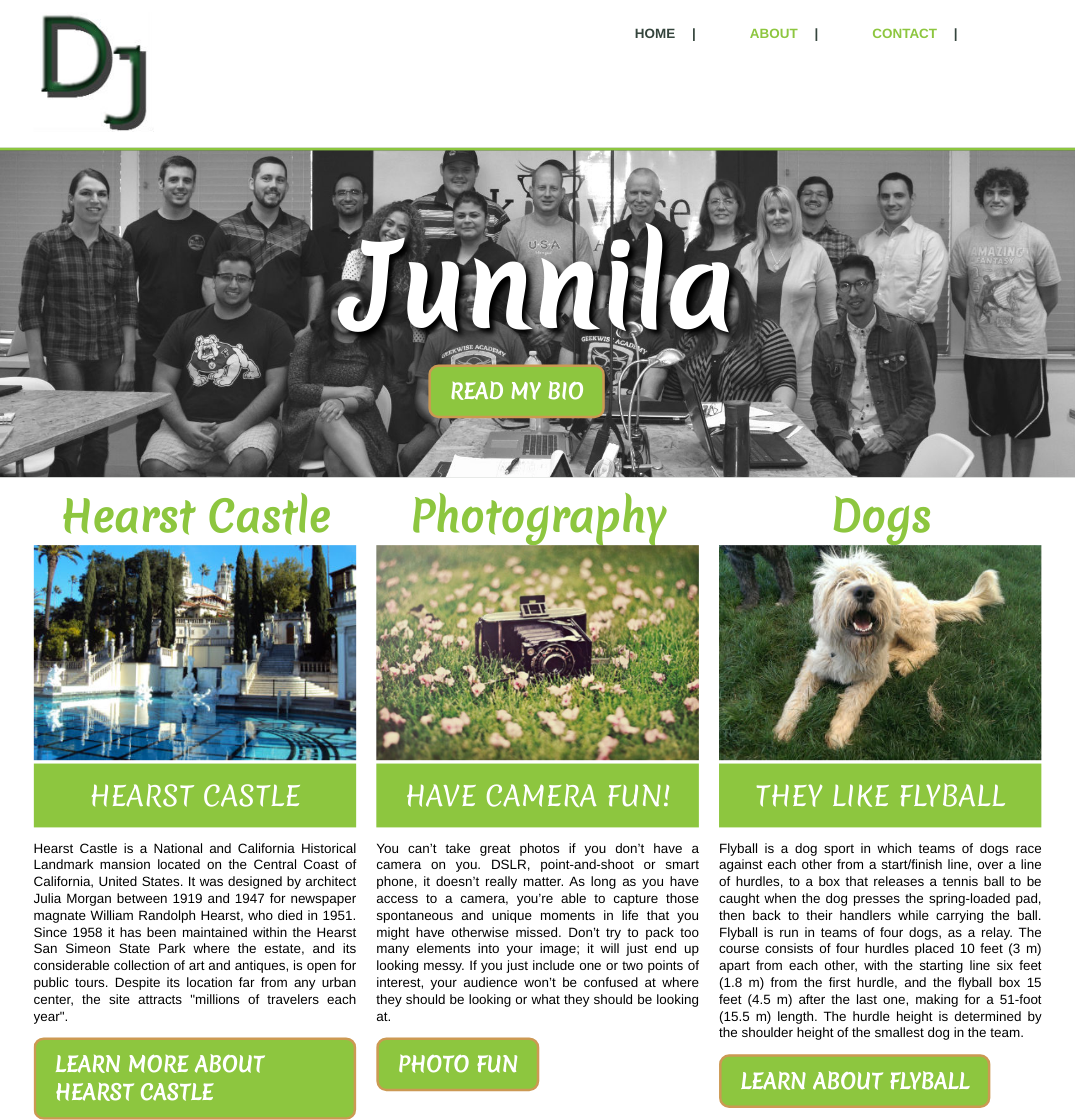
Repository: denajunnila/denaj
Page: index.html
The author's editor kept a record of every edit. The page is drawn from the files as they stood at one moment, then again after the next edit.
The browser window is 1280 px wide. The pictures show the part of the page from y = 0 to 1333 px (the page is 1899 px tall), at 84% of full size.
A picture or video elsewhere on the page could not be fetched, so the positions and the page height are approximate.

Above is the page before.

### index.html
<!DOCTYPE html>

<html>
    <!--WE DONT SEE ANYTHING THAT IS IN THE HEAD TAG-->
    <head>
        <title>Dena Junnila</title>

        <meta http-equiv="content-type" content="text/html; charset=UTF-8"/>
        <meta name="description" content="Welcome to the home of Dena Junnila page in Fresno CA." />
        <meta name="keywords" content="dena, junnila, fresno, dena junnila" />
        <link href='https://fonts.googleapis.com/css?family=Merriweather|Merienda' rel='stylesheet' type='text/css'>


        <link rel="stylesheet" href="css/styles.css" type="text/css" />
        <link rel="stylesheet" href="css/font-awesome.css" type="text/css" />


    </head>
    <body>
        <header>
            <div class="mainBody" id="header">
                <figure>
                    <img src="images/logo.jpg" alt="Dena Junnila" /> <!-- insert logo-->

                    <!--<h1><a href ="index.html" title="" id="logo">Dena Junnila</a></h1>-->
                </figure>
                <nav id="menu">
                    <ul>
                        <li class="currentPage"><a href="index.html">Home</a></li>
                        <li><a href="about-me.html">About</a></li>
                        <li><a href="contact.html">Contact</a></li>
                    </ul>
                </nav>
            </div>
        </header>
        <div id="bannerHome">
            <h1 class="bannerTitle">Junnila</h1>
            <div class="bannerButton" >
                <a href="about-me.html" title=""  class="button">Read my Bio</a>
            </div>
        </div>
        <section class="mainBody">
            <!--COLUMN (A) STARTS HERE-->
            <article class="columnA">
                <h2>Hearst Castle</h2>
                <div class="columnImage">
                    <a href="http://hearstcastle.org/" target="_blank"><img src="images/hearstCastle.jpg" alt="Hearst Castle" title="Picture of Hearst Pool."/></a>
                    <span>Hearst Castle</span>
                </div>
                <p>Hearst Castle is a National and California Historical Landmark mansion located on the Central Coast of California, United States. It was designed by architect Julia Morgan between 1919 and 1947 for newspaper magnate William Randolph Hearst, who died in 1951. Since 1958 it has been maintained within the Hearst San Simeon State Park where the estate, and its considerable collection of art and antiques, is open for public tours. Despite its location far from any urban center, the site attracts "millions of travelers each year".</p>
                <a href="http://hearstcastle.org/" target="_blank" class="button" title="Hearst Castle">Learn More about Hearst Castle</a>
            </article>
            <!--COLUMN (A) ENDS HERE-->

            <!--COLUMN (B) STARTS HERE-->
            <article class="columnB">
                <h2>Photography</h2>
                <div class="columnImage">
                    <a href="http://photography.com/" target="_blank"><img src="images/photography.jpg" alt="Photogaphy" title="Picture of photography."/></a>
                    <span>Have Camera Fun!</span>
                </div>
                <p>You can’t take great photos if you don’t have a camera on you. DSLR, point-and-shoot or smart phone, it doesn’t really matter. As long as you have access to a camera, you’re able to capture those spontaneous and unique moments in life that you might have otherwise missed. Don’t try to pack too many elements into your image; it will just end up looking messy. If you just include one or two points of interest, your audience won’t be confused at where they should be looking or what they should be looking at. </p>
                <a href="http://photography.com/" target="_blank" class="button" title="Photography Fun">Photo fun</a>
            </article>
            <!--COLUMN (B) ENDS HERE-->

            <!--COLUMN (C) STARTS HERE-->
            <article class="columnC">
                <h2>Dogs</h2>
                <div class="columnImage">
                    <a href="http://www.u-fli.com/" target="_blank"><img src="images/dogs.jpg" alt="Dog photo" title="Picture of dog lying down."/></a>
                    <span>They like Flyball</span>
                </div>
                <p>Flyball is a dog sport in which teams of dogs race against each other from a start/finish line, over a line of hurdles, to a box that releases a tennis ball to be caught when the dog presses the spring-loaded pad, then back to their handlers while carrying the ball. Flyball is run in teams of four dogs, as a relay. The course consists of four hurdles placed 10 feet (3 m) apart from each other, with the starting line six feet (1.8 m) from the first hurdle, and the flyball box 15 feet (4.5 m) after the last one, making for a 51-foot (15.5 m) length. The hurdle height is determined by the shoulder height of the smallest dog in the team.</p>
                <a href="http://www.u-fli.com/" target="_blank" class="button" title="Learn about Flyball">Learn about Flyball</a>
            </article>
            <!--COLUMN (C) ENDS HERE-->

        </section>
        <section class="mainBody" id="aboutMe">

            <!--ABOUT ME SECTION STARTS HERE-->
            <!--ASIDE TAG IS OFF TO THE SIDE - BUT IN THIS CASE IT STAYS WITHIN THE SECTION-->
            <aside class="alignLeft">
                <figure>
                    <img src="images/dena.jpg" alt="" title="" />
                </figure>
            </aside>
            <article class="alignRight">
                <h2>Dena Junnila</h2>
                <p>Lorem ipsum dolor sit amet, consectetuer adipiscing elit,
                sed diam nonummy nibh euismod tincidunt ut laoreet dolore
                magna aliquam erilat volutpat. Ut wisi enim ad minim veniam,
                quis nostrud exerci <mark>mark</mark> suscipit lobortis nisl
                ut aliquip ex ea commodo consequat. Duis autem vel eum iriure
                dolor in hendrerit in <strong>I am strong</strong>vulputate velit esse molestie consequat,
                vel illum dolore eu feugiat nulla facilisis at vero eros et
                accumsan et iusto odio dignissim qui blandit praesent luptatum
                zzril delenit augue <span style="color:#FF0000">duis dolore</span> te feugait nulla facilisi.
                Nam liber <b>this is a be tag</b>tempor cum soluta nobis eleifend option congue
                nihil imperdiet doming id quod mazim placerat facer possim
                assum. Typi non habent claritatem insitam; est usus legentis
                in iis qui facit eorum claritatem. Investigationes
                demonstraverunt lectores legere me lius quod ii legunt saepius.
                Claritas est etiam processus dynamicus, qui sequitur mutationem
                consuetudium lectorum. Mirum est notare quam littera gothica,
              .</p>
                <!--<p>Lorem ipsum dolor sit amet, consectetur adipisicing elit. Dignissimos, alias, perspiciatis, eveniet, consequatur officiis ex rem quo totam ipsa molestiae animi error debitis! <blockquote>"blockquote tag the coolest thing I ever said"</blockquote>"" sit amet, consectetur adipisicing elit. A, excepturi iste vel libero eligendi quam id modi dolorum temporibus quod reiciendis doloremque cum molestiae quisquam ratione blanditiis quasi fugit veniam?</p>-->
                <a href="about-me.html" title="" class="button">Read my Full Bio</a>
            </article>
            <!--ABOUT ME SECTION ENDS HERE-->

        </section>
        <footer id="copyright">
            <div id="social">
                <a href="#" target="_blank"><i class="fa fa-facebook"></i></a>
                <a href="#" target="_blank"><i class="fa fa-twitter"></i></a>
                <a href="#" target="_blank"><i class="fa fa-instagram"></i></a>
            </div>
            <p>&copy; 2015 Dena Junnila. All rights reserved. | Site by: <a href="" target="_blank">Junnila Co.</a></p>
        </footer>
        <!--GOOGLE ANALYTICS HERE-->

             <script>
              (function(i,s,o,g,r,a,m){i['GoogleAnalyticsObject']=r;i[r]=i[r]||function(){
              (i[r].q=i[r].q||[]).push(arguments)},i[r].l=1*new Date();a=s.createElement(o),
              m=s.getElementsByTagName(o)[0];a.async=1;a.src=g;m.parentNode.insertBefore(a,m)
              })(window,document,'script','//www.google-analytics.com/analytics.js','ga');

              ga('create', 'UA-69065440-1', 'auto');
              ga('send', 'pageview');

            </script>
        <!--GOOGLE ANALYTICS HERE-->
    </body>
</html>

### css/styles.css
/*GLOBAL STYLES*/

/*
====================================
GLOBAL STYLES FOR THE ENTIRE SITE
====================================
*/
/**{background-color:#FFE6E6;} THIS IS A GLOBAL ATTRIBUTE*/
@import url(https://fonts.googleapis.com/css?family=Merriweather|Merienda);

html, body {
    height:100%; /*FILL THE WHOLE PAGE*/
}
body {
    margin:0px; /*goes to the edge*/
    padding:0px; /*goes to the edge*/
    background-color:#FFFFFF;
    /*GLOBALY SELECT FONT IF '' DOESN'T WORK DEFAULT TO NEXT*/
    font-family:'Source Sans Pro', Helvetica, sans-serif;
    font-size:16px;
    font-weight:300;



}
h1, h2, h3 {
    margin:0px;
    padding:0px;
    color:#8DC63F; /*THIS COLOR IS LIME GREEN*/
    font-family: 'Merienda', cursive, Helvetica, sans-serif;
}
h1 {
    font-size:2em; /*EM IS 2 TIMES  FONT-SIZE THAT IS CURRENTLY 16*/
}
p {
    line-height:20px;
    margin:15px 0px;/*WILL CREATE A MARGIN BETWEEN PARAGRAPHS TOP AND BOTTOM*/
}
strong, b{
    color:#8DC63F;
}
a {
    color:#8DC63F;
    text-decoration:none;
}
a:hover{
    color:#35453D;

}
figure {
    margin:0px;
    padding:0px;
}

/*HEADER STYLES*/
/*THIS IS AND ID INSTEAD OF CLASS*/

header {
    /*OPTIONAL BACKGROUND COLOR BEHIND BANNER*/
    background-color:#FFFFFF;
}

#header {
    position:relative;
    padding:15px 0px;
}
#logo {
    width:75px;
}

#logo:hover{
    color:#8DC63F;
    text-decoration:none;
}


/*NAVIGATION STYLES*/

#menu{
    position:absolute;
    top:15px;
    right:5%;
}
/*NAVIGATION TAG LOOK*/
#menu li{
    display:inline;
    margin:0px 20px;
    text-transform:uppercase;
    font-weight:600;
}

#menu li:after {
    content:"|";
    padding:0px 20px;
    color:#35453D;
}

.currentPage a {
    /*SECONDARY COLOR*/
    color:#35453D;
}

/*BANNER STYLES*/

#bannerHome {
    background:url(../images/banner.jpg) no-repeat center center #354535;
    background-size:cover;
    border-top:3px solid #8DC63F;
    padding:70px 0px;
    overflow:hidden;
}

#bannerAbout {
    background:url(../images/bannerAbout.jpg) no-repeat center center #354535;
    background-size:cover;
    border-top:3px solid #8DC63F;
    padding:30px 0px;
    overflow:hidden;
}

#bannerContact {
    background:url(../images/bannerContact.jpg) no-repeat center center #35453D;
    background-size:cover;
    border-top:3px solid #8DC63F;
    padding:30px 0px;
    overflow:hidden;
}

.bannerTitle {
    color:#FFFFFF;
    font-size:8em;
    text-align:center;
    text-shadow:6px 6px 6px #000000;
}

/*MAIN STYLES*/
.mainBody{
    width:1200px;
    overflow:hidden;
    margin:0px auto; /*HOW TO CENTER ITEM*/
}

/*COLUMN STYLES*/

.columnA, .columnB, .columnC {
    width:384px;
}

.columnA, .columnB {
    float:left;
    margin-right:24px;
}

.columnC {
    float:left;
}

.columnA h2, .columnB h2, .columnC h2{
	font-family: 'Merienda', cursive, Helvetica, sans-serif;
	font-weight:700;
    font-size:3em;
    text-align:center;
    margin-top:12px;
}

.columnImage span {
    background-color:#8DC63F;
    color:#FFFFFF;
    /*BLOCK STACK ONE ON TOP OF OTHER*/
    display:block;
    font-size:2em;
    font-weightx:600;
    padding:15px 0px;
    margin-bottom:15px;
    text-align:center;
    text-transform:uppercase;
	font-family: 'Merienda', cursive, Helvetica, sans-serif;
}
.roundImg{
    padding:25px 0px;
    overflow:hidden;
    border-radius:185px;
}

.columnA p, .columnB p, .columnC p{
    padding:0px;
    text-align:justify;
}

/*BUTTON STYLES*/

a.button {
	font-family: 'Merienda', cursive, Helvetica, sans-serif;
    background-color:#8DC63F;
	padding:12px 22px;
	border:3px solid #CC9953;
	border-radius:12px 12px;
	/*border-radius:4px;*/
	font-size:1.5em;
	text-transform:uppercase;
	color:#FFFFFF;
    text-decoration:none;
	font-weight:600;
	float:left;


	/*CLEARS EVERYTHING OFF THAT LINE*/
}
a.button:hover {
    background-color:#35453d;
}

/*ABOUT STYLES*/

.alignLeft {
    float:left;
    width:384px;
    margin-right:24px;

}

.alignRight{
    float:right;
    width:788px;
}
.bannerButton{
  margin:0px auto;
  width:260px;

}

#aboutMe{
   margin-top:20px;
}



/*.vidContainer {*/
    /*padding-top:20px;*/
    /*float:left;*/
    /*width:384px;*/
    /*margin-right:12px;*/
/*}*/
/*.vidContainer2 {*/
    /*padding-top:30px;*/
    /*float:right;*/
    /*width:610px;*/
    /*margin-right:12px;*/
/*}*/

/*FOOTER STYLES*/
footer{
    margin-top:20px;
    clear:both;/*PLAY WITH THIS ON THE ABOUT PAGE*/
}

#copyright {
    overflow:hidden;
    padding:40px 0px;
    border-top:4px solid #8DC63F;
    background-color:#E2E2E2;
    display:block;
}

#copyright p {
    text-align:center;
    font-size:1em;
}

#copyright a {
    color:#35453D;

}
#copyright a:hover {
    color:#8DC63F;
    text-decoration:none;
}

/*CUSTOM STYLES*/
.vidContainer {
    margin: 0px auto;
    width: 98%;
}
#videoHolder {
    height: 0px;
    overflow: hidden;
    padding-bottom: 56.25%;
    padding-top: 30px;
    position: relative;
    width: 100%;
}
#videoHolder iframe, .video-container object, .video-container embed {
    height: 100%;
    left: 0px;
    position: absolute;
    top: 0px;
    width: 100%;
}

/*FORM */
#wufoo-z1n5w6jj1qyksd9{
    background-color:#F1F1F1;
    border-radius:10px;
    border:3px solid #35453D;
    width:80%;
    margin: 0px auto;
    padding:40px;
}
#maps{
    /*background-color:#F1F1F1;*/
    border-radius:10px;
    /*border:3px solid #8DC63F;*/
    width:80%;
    margin: 0px auto;
    padding:40px;
}

/*SOCIAL MEDIA STYLES*/
.fa {
    background-color:#8DC63F;
    border:3px solid #FFFFFF;
    border-radius:100%;
    font-size:1.7em !important;
    margin:15px;
    color:#FFFFFF;
    height:28px;
    width:28px;
    padding:10px;
    text-align:center;

}
.fa:hover{
    background-color:#35453D;
}

.fa-facebook{
    background-color:#0C516E;
}

.fa-twitter{
    background-color:#8CA6D9;
}

#social{
    text-align:center;
}
/*WANT TO BE SMALLER UNDER CONDIDITON*/
@media screen and (max-width:400px){
    h1 {
        font-size: .6em;
    }
}

Loaded but not shown: css/font-awesome.css (library)

After the next edit:
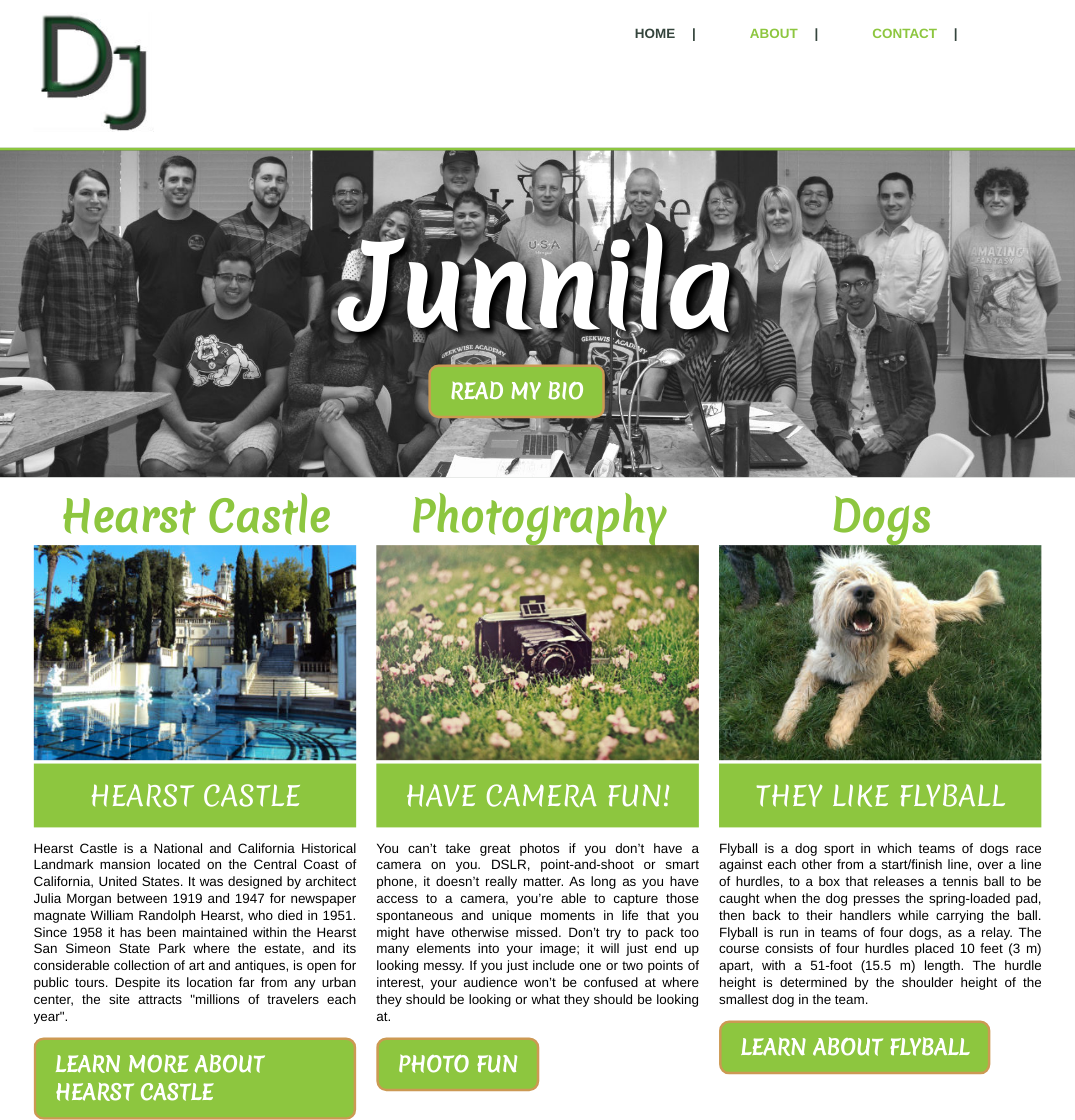
The edit:
--- a/index.html
+++ b/index.html
@@ -71,7 +71,7 @@
                     <a href="http://www.u-fli.com/" target="_blank"><img src="images/dogs.jpg" alt="Dog photo" title="Picture of dog lying down."/></a>
                     <span>They like Flyball</span>
                 </div>
-                <p>Flyball is a dog sport in which teams of dogs race against each other from a start/finish line, over a line of hurdles, to a box that releases a tennis ball to be caught when the dog presses the spring-loaded pad, then back to their handlers while carrying the ball. Flyball is run in teams of four dogs, as a relay. The course consists of four hurdles placed 10 feet (3 m) apart from each other, with the starting line six feet (1.8 m) from the first hurdle, and the flyball box 15 feet (4.5 m) after the last one, making for a 51-foot (15.5 m) length. The hurdle height is determined by the shoulder height of the smallest dog in the team.</p>
+                <p>Flyball is a dog sport in which teams of dogs race against each other from a start/finish line, over a line of hurdles, to a box that releases a tennis ball to be caught when the dog presses the spring-loaded pad, then back to their handlers while carrying the ball. Flyball is run in teams of four dogs, as a relay. The course consists of four hurdles placed 10 feet (3 m) apart, with a 51-foot (15.5 m) length. The hurdle height is determined by the shoulder height of the smallest dog in the team.</p>
                 <a href="http://www.u-fli.com/" target="_blank" class="button" title="Learn about Flyball">Learn about Flyball</a>
             </article>
             <!--COLUMN (C) ENDS HERE-->
